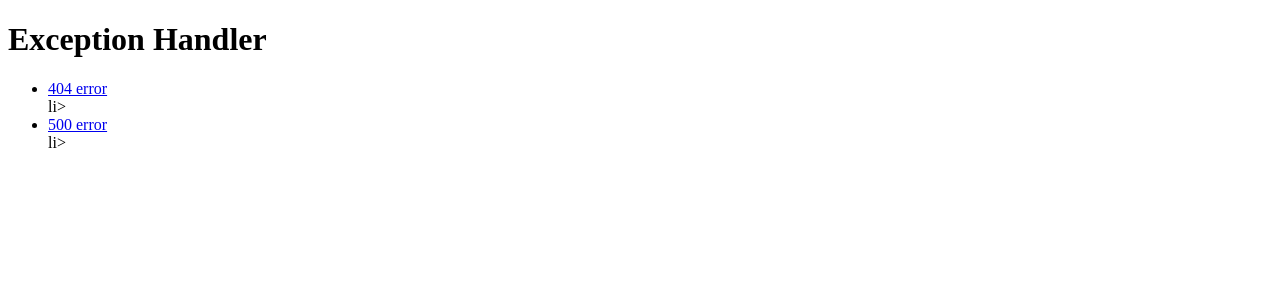
Repository: yeeeeeeer/05_servlet
Page: http://localhost/chap06-exception-handler/
The author's editor kept a copy of each file at every save. The page is drawn from the files as they stood at one save, then again after the next save.
The browser window is 1280 px wide. The pictures show the whole page.
The page is served by Tomcat 10. Other server files are loaded and not shown.

Above is the page before, as saved 2024-06-05 06:02:11.

### chap06-exception-handler/src/main/webapp/index.jsp
<%@ page language="java" contentType="text/html; charset=UTF-8"
	pageEncoding="UTF-8"%>
<!DOCTYPE html>
<html>
<head>
<meta charset="UTF-8">
<title>ExceptionHandler</title>
</head>
<body>
	<h1>Exception Handler</h1>

	<ul>
		<li><a href="show404error">404 error</a></li>li>
		<li><a href="show500error">500 error</a></li>li>
	</ul>
</body>
</html>

After the next save:
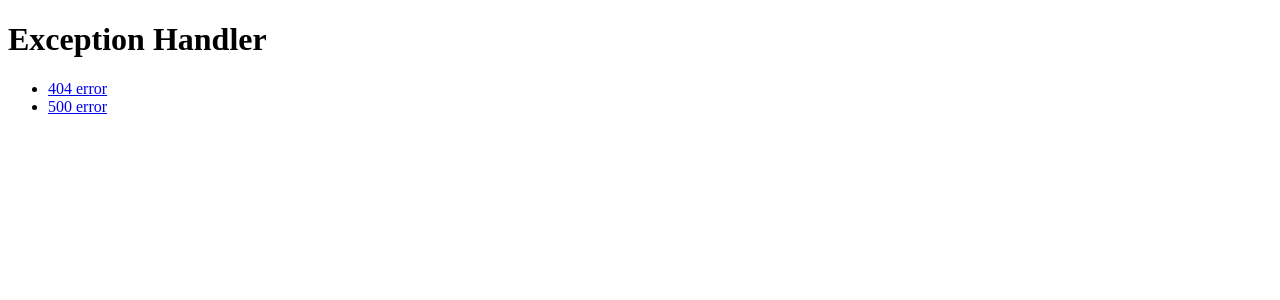
Saved 29 s later.
--- a/chap06-exception-handler/src/main/webapp/index.jsp
+++ b/chap06-exception-handler/src/main/webapp/index.jsp
@@ -10,8 +10,8 @@
 	<h1>Exception Handler</h1>
 
 	<ul>
-		<li><a href="show404error">404 error</a></li>li>
-		<li><a href="show500error">500 error</a></li>li>
+		<li><a href="show404error">404 error</a></li>
+		<li><a href="show500error">500 error</a></li>
 	</ul>
 </body>
 </html>
